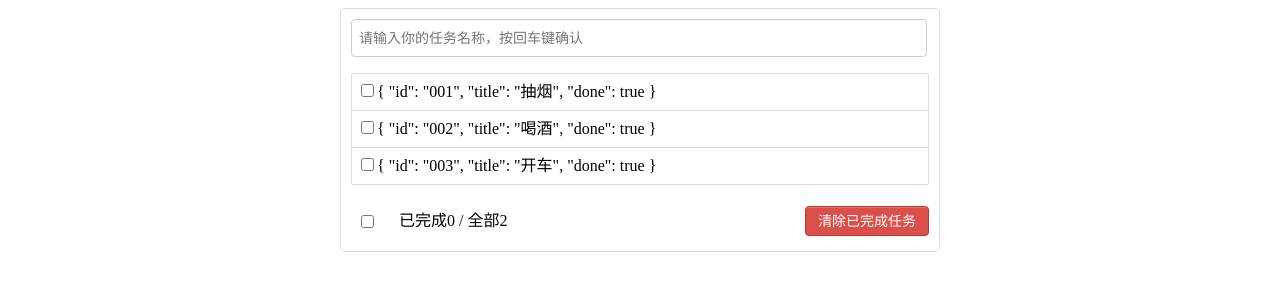
Repository: Crow7277/Vue2-
Page: /
These files come from the project's save history. The page is drawn as it stood at one moment and after the next save; the edit follows.
The browser window is 1280 px wide. The pictures show the whole page.
The project was rebuilt for these pictures with package versions that can differ from the ones it lists, and the page was loaded fresh each time. Also part of the build but not shown: vue.config.js.

Above is the page before, as saved 2022-04-02 20:50:25.

### public/index.html
<!DOCTYPE html>
<html lang="">

<head>
  <meta charset="utf-8">
  <!-- 针对IE浏览器，让IE浏览器以最高的渲染级别渲染页面 -->
  <meta http-equiv="X-UA-Compatible" content="IE=edge">
  <!-- 开启移动端的理想视口 -->
  <meta name="viewport" content="width=device-width,initial-scale=1.0">
  <!-- 页签图标 -->
  <!-- <%= BASE_URL %>表示public文件夹所在路径 -->
  <link rel="icon" href="<%= BASE_URL %>favicon.ico">
  <title>
    <%= htmlWebpackPlugin.options.title %>
  </title>
</head>

<body>
  <!-- 当浏览器不支持js时，浏览器就会显示noscript中的内容 -->
  <noscript>
    <strong>We're sorry but <%= htmlWebpackPlugin.options.title %> doesn't work properly without JavaScript enabled.
        Please enable it to continue.</strong>
  </noscript>
  <!-- 容器 -->
  <div id="app"></div>
  <!-- built files will be auto injected -->
</body>

</html>

### src/main.js
// 引入Vue
import Vue from 'vue';
// 引入App
import App from './App.vue';

// 关闭生产环境提示
Vue.config.productionTip = false;

// 创建Vue
new Vue({
    el: '#app',
    render: h => h(App),
});

### src/App.vue
<template>
    <div id="root">
        <div class="todo-container">
            <div class="todo-wrap">
                <MyHeader />
                <MyList />
                <MyFooter />
            </div>
        </div>
    </div>
</template>

<script>
// 引入Student组件
import MyHeader from './components/MyHeader.vue';
import MyList from './components/MyList.vue';
import MyFooter from './components/MyFooter.vue';

export default {
    name: 'App',
    data() {
        return {
            msg: '欢迎学习Vue',
        };
    },
    components: {
        MyHeader,
        MyList,
        MyFooter,
    },
};
</script>
<style lang="css">
/*base*/
body {
    background: #fff;
}

.btn {
    display: inline-block;
    padding: 4px 12px;
    margin-bottom: 0;
    font-size: 14px;
    line-height: 20px;
    text-align: center;
    vertical-align: middle;
    cursor: pointer;
    box-shadow: inset 0 1px 0 rgba(255, 255, 255, 0.2), 0 1px 2px rgba(0, 0, 0, 0.05);
    border-radius: 4px;
}

.btn-danger {
    color: #fff;
    background-color: #da4f49;
    border: 1px solid #bd362f;
}

.btn-danger:hover {
    color: #fff;
    background-color: #bd362f;
}

.btn:focus {
    outline: none;
}

.todo-container {
    width: 600px;
    margin: 0 auto;
}
.todo-container .todo-wrap {
    padding: 10px;
    border: 1px solid #ddd;
    border-radius: 5px;
}
</style>

### src/components/MyHeader.vue
<template>
    <div class="todo-header">
        <input type="text" placeholder="请输入你的任务名称，按回车键确认" />
    </div>
</template>

<script>
export default {
    name: 'MyHeader',
};
</script>

<style scoped>
/*header*/
.todo-header input {
    width: 560px;
    height: 28px;
    font-size: 14px;
    border: 1px solid #ccc;
    border-radius: 4px;
    padding: 4px 7px;
}

.todo-header input:focus {
    outline: none;
    border-color: rgba(82, 168, 236, 0.8);
    box-shadow: inset 0 1px 1px rgba(0, 0, 0, 0.075), 0 0 8px rgba(82, 168, 236, 0.6);
}
</style>

### src/components/MyList.vue
<template>
    <ul class="todo-main">
        <MyItem v-for="todoObj in todos" :key="todoObj.id" :todo="todoObj" />
    </ul>
</template>

<script>
import MyItem from './MyItem.vue';
export default {
    name: 'MyList',
    data() {
        return {
            todos: [
                {
                    id: '001',
                    title: '抽烟',
                    done: true,
                },
                {
                    id: '002',
                    title: '喝酒',
                    done: true,
                },
                {
                    id: '003',
                    title: '开车',
                    done: true,
                },
            ],
        };
    },
    components: { MyItem },
};
</script>

<style scoped>
/*main*/
.todo-main {
    margin-left: 0px;
    border: 1px solid #ddd;
    border-radius: 2px;
    padding: 0px;
}

.todo-empty {
    height: 40px;
    line-height: 40px;
    border: 1px solid #ddd;
    border-radius: 2px;
    padding-left: 5px;
    margin-top: 10px;
}
</style>

### src/components/MyFooter.vue
<template>
    <div class="todo-footer">
        <label>
            <input type="checkbox" />
        </label>
        <span>
            <span>已完成0</span>
            / 全部2
        </span>
        <button class="btn btn-danger">清除已完成任务</button>
    </div>
</template>

<script>
export default {
    name: 'MyFooter',
};
</script>

<style scoped>
/*footer*/
.todo-footer {
    height: 40px;
    line-height: 40px;
    padding-left: 6px;
    margin-top: 5px;
}

.todo-footer label {
    display: inline-block;
    margin-right: 20px;
    cursor: pointer;
}

.todo-footer label input {
    position: relative;
    top: -1px;
    vertical-align: middle;
    margin-right: 5px;
}

.todo-footer button {
    float: right;
    margin-top: 5px;
}
</style>

### src/components/MyItem.vue
<template>
    <li>
        <label>
            <input type="checkbox" />
            <span>{{ todo }}</span>
        </label>
        <button class="btn btn-danger" style="display: none">删除</button>
    </li>
</template>

<script>
export default {
    name: 'MyItem',
    props: ['todo'],
};
</script>

<style scoped>
/*item*/
li {
    list-style: none;
    height: 36px;
    line-height: 36px;
    padding: 0 5px;
    border-bottom: 1px solid #ddd;
}

li label {
    float: left;
    cursor: pointer;
}

li label li input {
    vertical-align: middle;
    margin-right: 6px;
    position: relative;
    top: -1px;
}

li button {
    float: right;
    display: none;
    margin-top: 3px;
}

li:before {
    content: initial;
}

li:last-child {
    border-bottom: none;
}
</style>

After the next save:
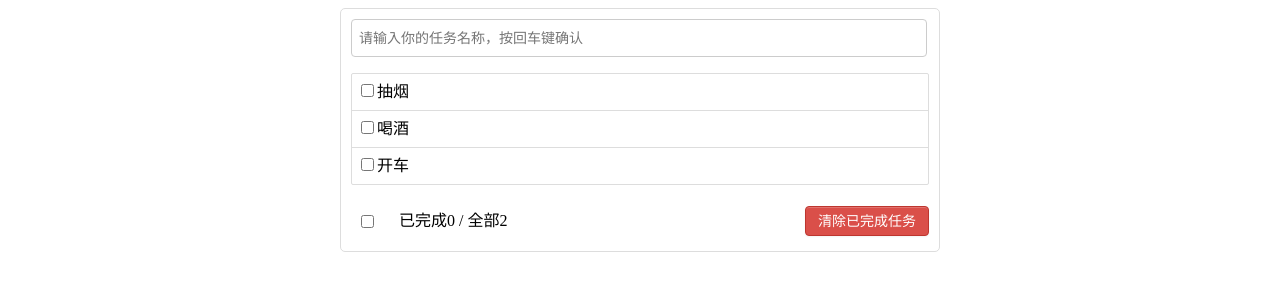
Saved 6 s later.
--- a/src/components/MyItem.vue
+++ b/src/components/MyItem.vue
@@ -2,7 +2,7 @@
     <li>
         <label>
             <input type="checkbox" />
-            <span>{{ todo }}</span>
+            <span>{{ todo.title }}</span>
         </label>
         <button class="btn btn-danger" style="display: none">删除</button>
     </li>
